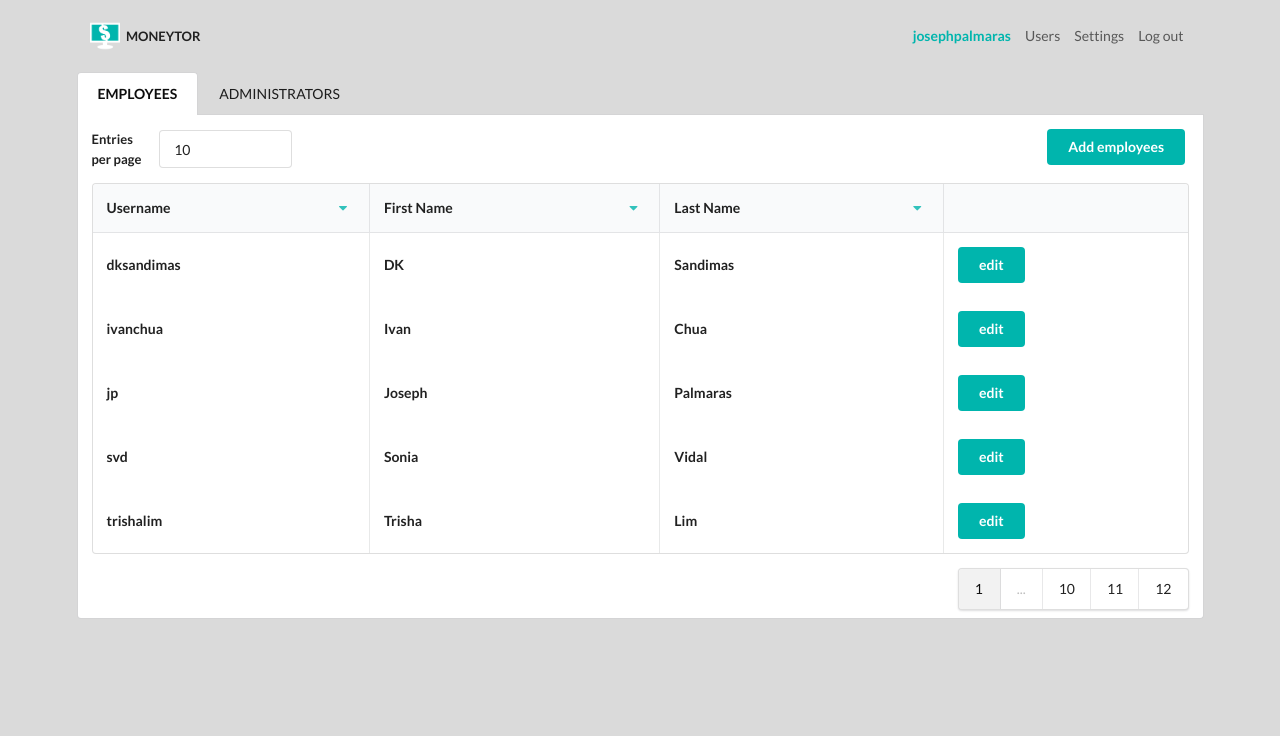
Repository: TV5/MoneyTor
Page: Workspace/MoneyTor/war/users.html
These files come from the project's save history. The page is drawn as it stood at one moment and after the next save; the edit follows.
The browser window is 1280 px wide. The pictures show the whole page.

Above is the page before, as saved 2015-10-08 05:43:22.

After the next save:
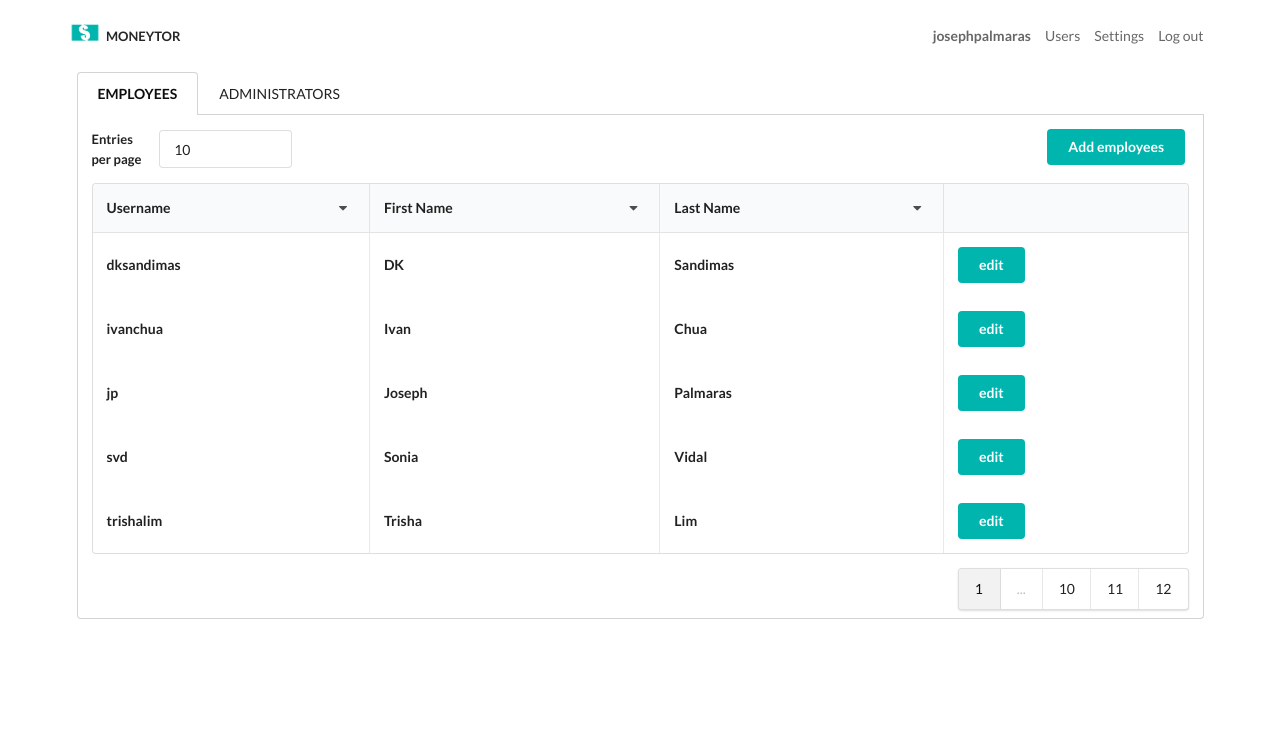
Saved 81 s later.
--- a/Workspace/MoneyTor/war/users.html
+++ b/Workspace/MoneyTor/war/users.html
@@ -20,35 +20,7 @@
 <script src="../dist/components/transition.min.js"></script>
 
 <style type="text/css">
-body {
-	background-color: #DADADA;
-}
-
-body>.grid {
-	height: 100%;
-}
-
-.image {
-	margin-top: -100px;
-}
-
-.column {
-	max-width: 450px;
-}
-
-.firstmenu {
-	padding-left: 20px;
-	padding-right: 20px;
-	padding-top: 0px;
-}
-
-a {
-	color: #00b5ad;
-}
-
-.link {
-	color: #00b5ad !important;
-}
+
   </style>
 </head>
 <body>

After the save that followed:
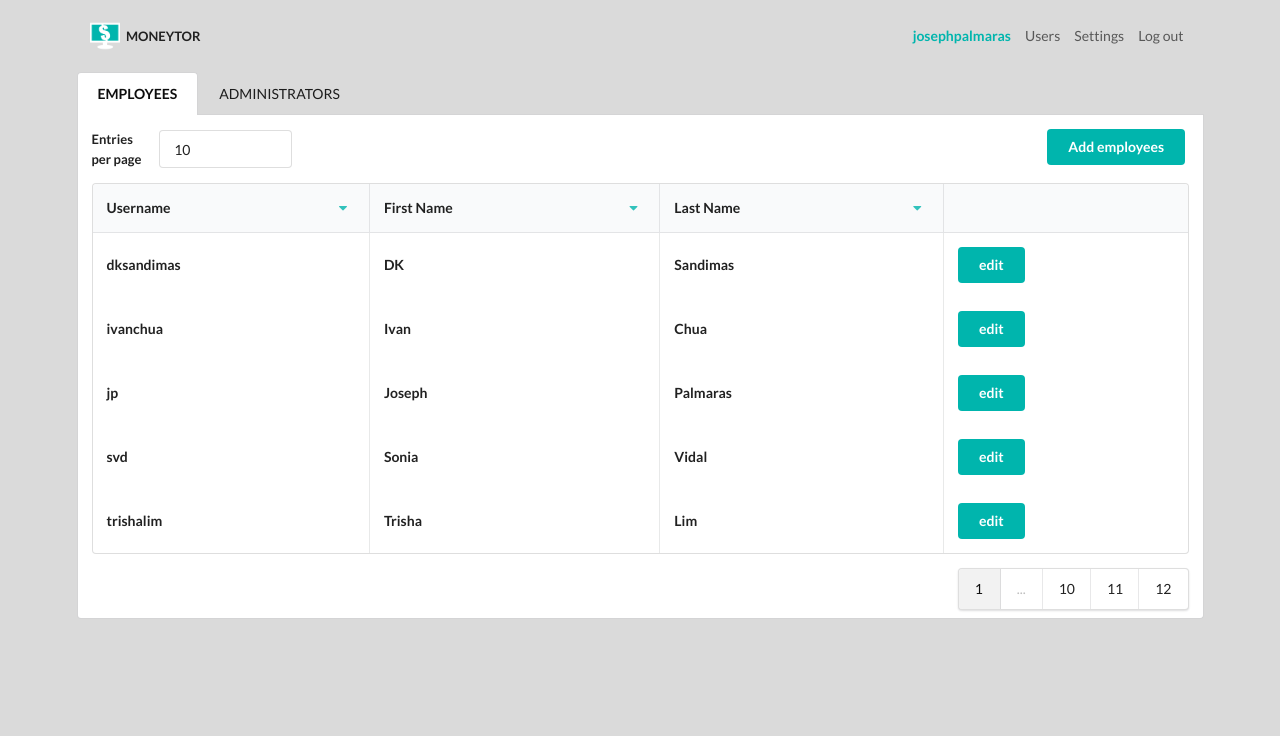
Saved 5 s later.
--- a/Workspace/MoneyTor/war/users.html
+++ b/Workspace/MoneyTor/war/users.html
@@ -20,7 +20,35 @@
 <script src="../dist/components/transition.min.js"></script>
 
 <style type="text/css">
-
+body {
+	background-color: #DADADA;
+}
+
+body>.grid {
+	height: 100%;
+}
+
+.image {
+	margin-top: -100px;
+}
+
+.column {
+	max-width: 450px;
+}
+
+.firstmenu {
+	padding-left: 20px;
+	padding-right: 20px;
+	padding-top: 0px;
+}
+
+a {
+	color: #00b5ad;
+}
+
+.link {
+	color: #00b5ad !important;
+}
   </style>
 </head>
 <body>
